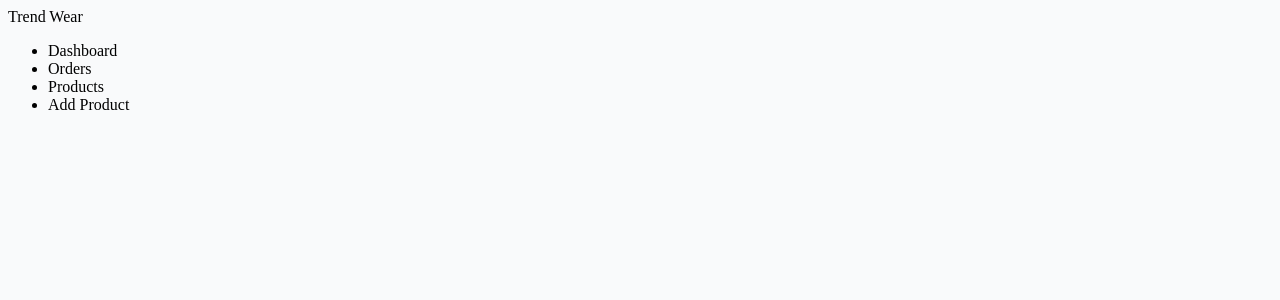
Repository: ahmad-dev7/TrendWear
Page: / (app in trend_wear_dashboard/)
The author's editor kept a copy of each file at every save. The page is drawn from the files as they stood at one save, then again after the next save.
The browser window is 1280 px wide. The pictures show the whole page.
The project was rebuilt for these pictures with package versions that can differ from the ones it lists, and the page was loaded fresh each time. Also part of the build but not shown: trend_wear_dashboard/vite.config.ts.

Above is the page before, as saved 2025-01-19 13:18:27.

### trend_wear_dashboard/index.html
<!doctype html>
<html lang="en">

<head>
  <meta charset="UTF-8" />
  <link rel="icon" type="image/svg+xml" href="/vite.svg" />
  <meta name="viewport" content="width=device-width, initial-scale=1.0" />
  <title>Trend Wear</title>
</head>

<body>
  <div id="root"></div>
  <script type="module" src="/src/main.tsx"></script>
</body>

</html>

### trend_wear_dashboard/src/main.tsx
import { StrictMode } from "react";
import { createRoot } from "react-dom/client";
//import "bootstrap/dist/css/bootstrap.css";
import "./App.css";
import App from "./App.tsx";

createRoot(document.getElementById("root")!).render(
  <StrictMode>
    <App />
  </StrictMode>
);

### trend_wear_dashboard/src/App.css
body {
    background-color: #F9FAFB;

}

### trend_wear_dashboard/src/App.tsx
import Sidebar from "./Sections/Sidebar";

function App() {
  return (
    <>
      <Sidebar />
    </>
  );
}

export default App;

### trend_wear_dashboard/src/Sections/Sidebar.tsx
const Sidebar = () => {
  return (
    <div id="sidebar">
      <div className="header">Trend Wear</div>
      {/* <hr /> */}
      <ul className="sidebar-content">
        <li className="side-bar-tab">Dashboard</li>
        <li className="side-bar-tab">Orders</li>
        <li className="side-bar-tab">Products</li>
        <li className="side-bar-tab">Add Product</li>
      </ul>
    </div>
  );
};

export default Sidebar;

After the next save:
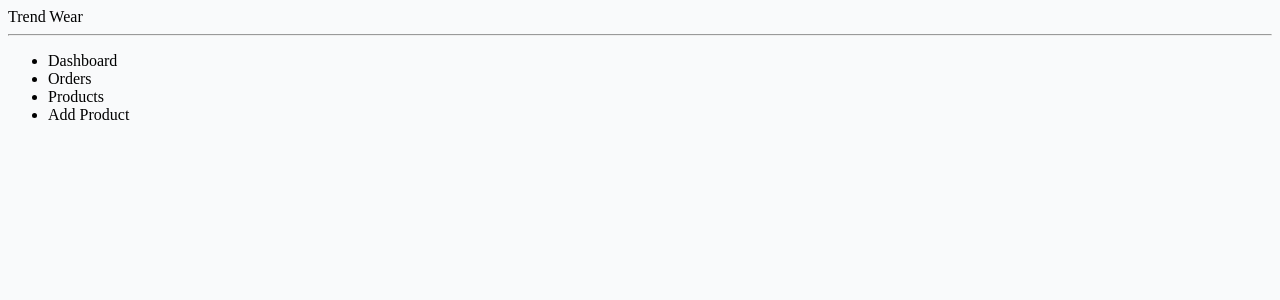
Saved 5 s later.
--- a/trend_wear_dashboard/src/Sections/Sidebar.tsx
+++ b/trend_wear_dashboard/src/Sections/Sidebar.tsx
@@ -2,7 +2,7 @@ const Sidebar = () => {
   return (
     <div id="sidebar">
       <div className="header">Trend Wear</div>
-      {/* <hr /> */}
+      <hr />
       <ul className="sidebar-content">
         <li className="side-bar-tab">Dashboard</li>
         <li className="side-bar-tab">Orders</li>
